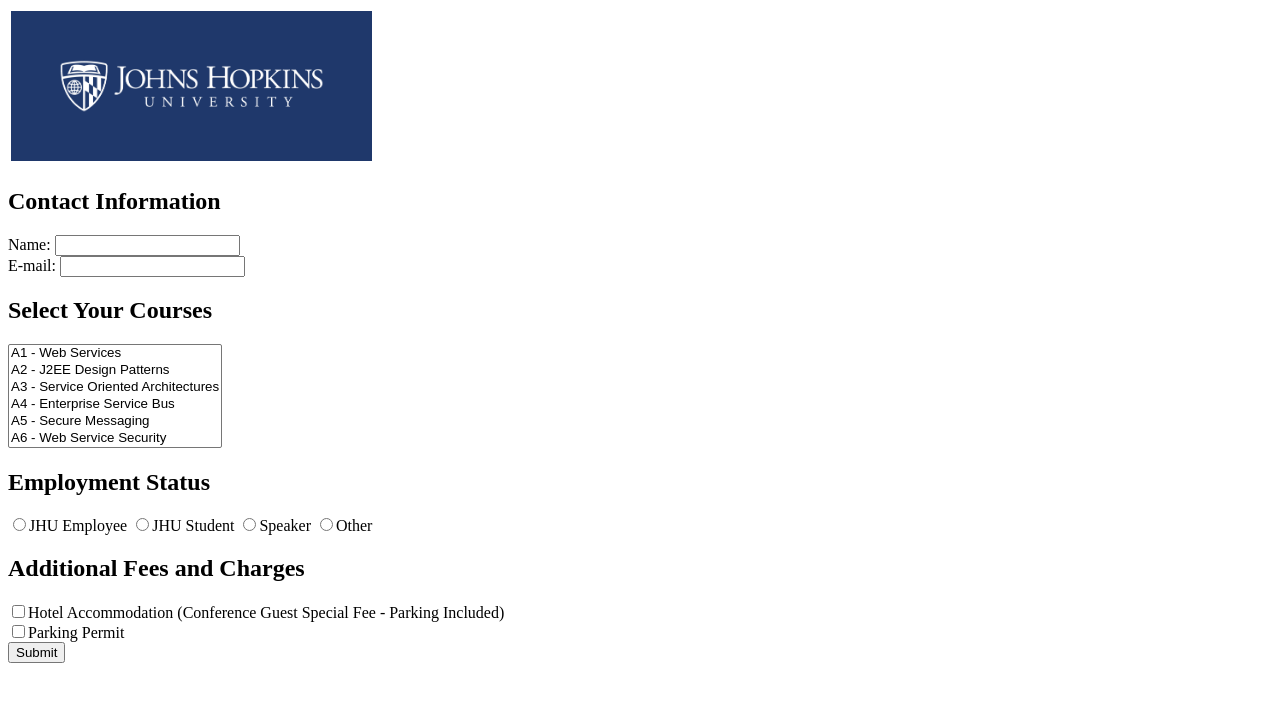
Repository: justinjwk/eclipse-workspace
Page: Homework2/WebContent/index.html
An editor plug-in stored every save of this project. The page is shown before and after the next save, followed by the edit.
The browser window is 1280 px wide. The pictures show the whole page.

Above is the page before, as saved 2019-06-12 02:40:13.

After the next save:
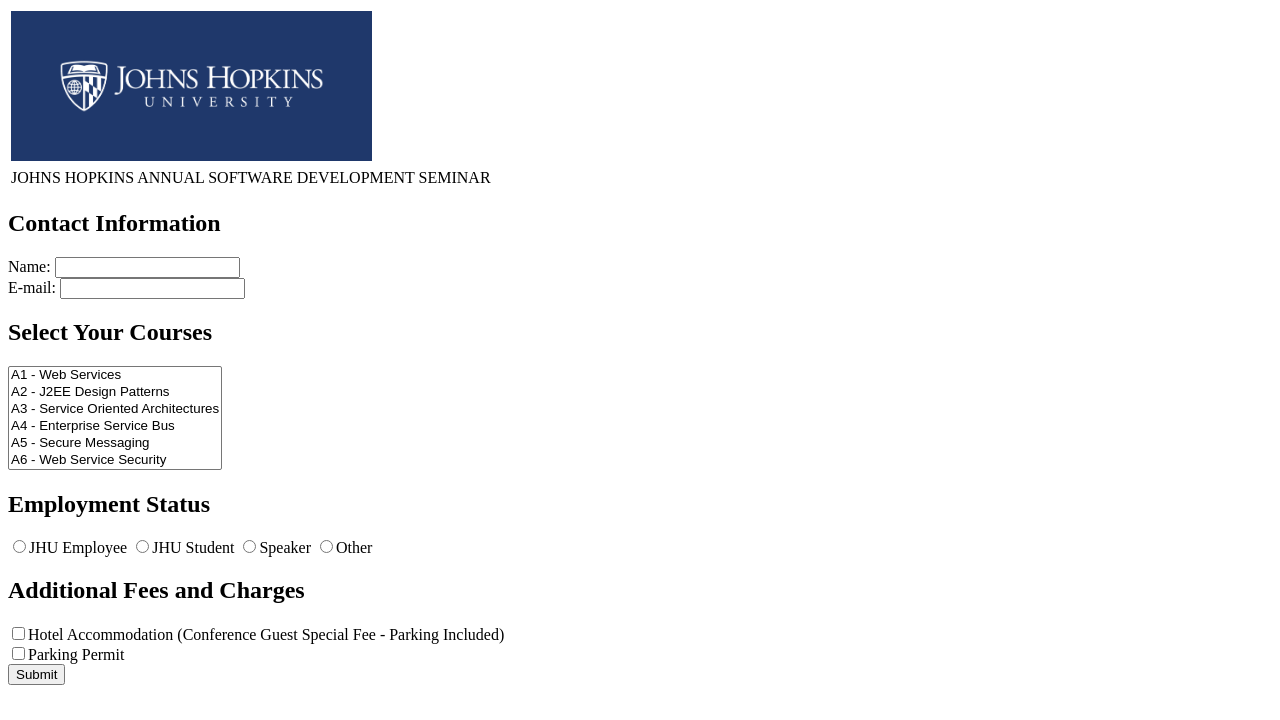
Saved 49 s later.
--- a/Homework2/WebContent/index.html
+++ b/Homework2/WebContent/index.html
@@ -9,6 +9,9 @@
 <table>
 <tr>
 	<td><img src="jhu_logo.png" height=150></td>
+</tr>
+<tr>
+	<td>JOHNS HOPKINS ANNUAL SOFTWARE DEVELOPMENT SEMINAR</td>
 </tr>
 
 
